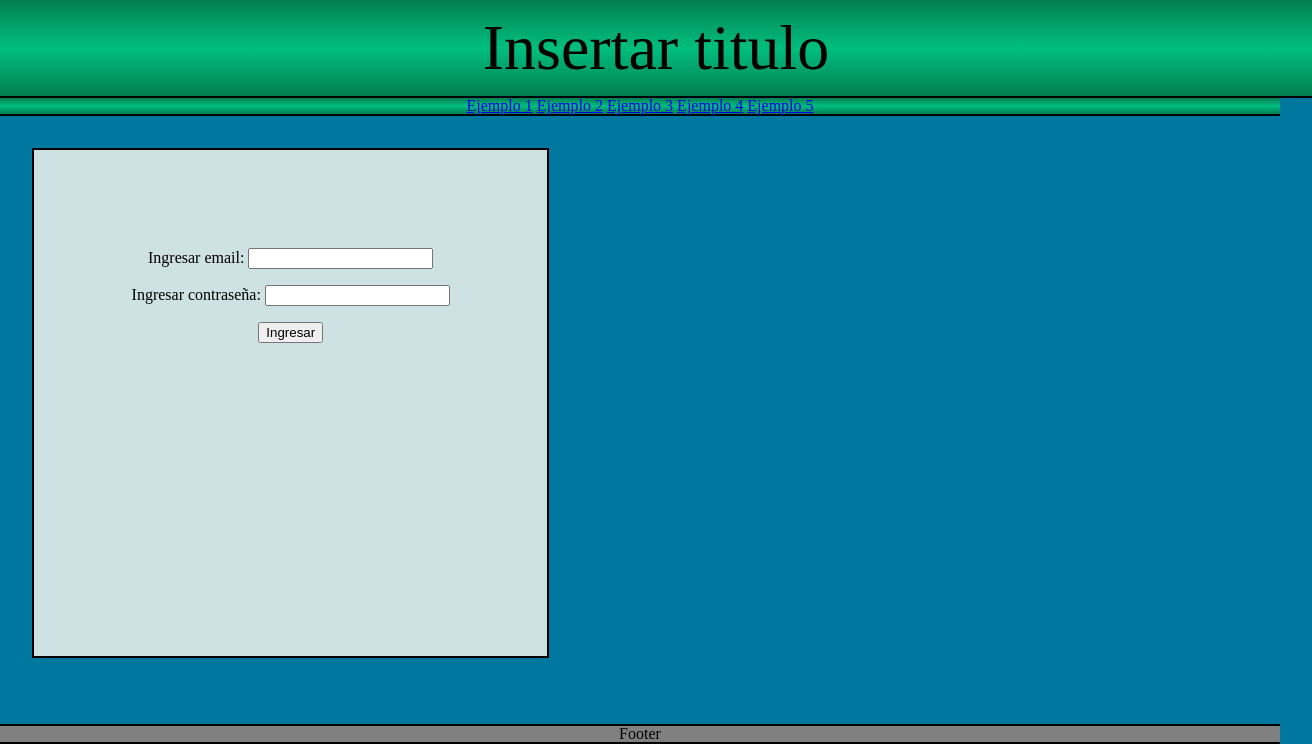
Repository: FacundoKinderknecht/Parcial-2-LPPA
Page: login/login.html
These files come from the project's save history. The page is drawn as it stood at one moment and after the next save; the edit follows.
The browser window is 1280 px wide. The page is 1312 px wide, so the pictures cover 1312 px, including what lies to the right of the window. The pictures show the whole page.

Above is the page before, as saved 2022-07-06 10:32:21.

After the next save:
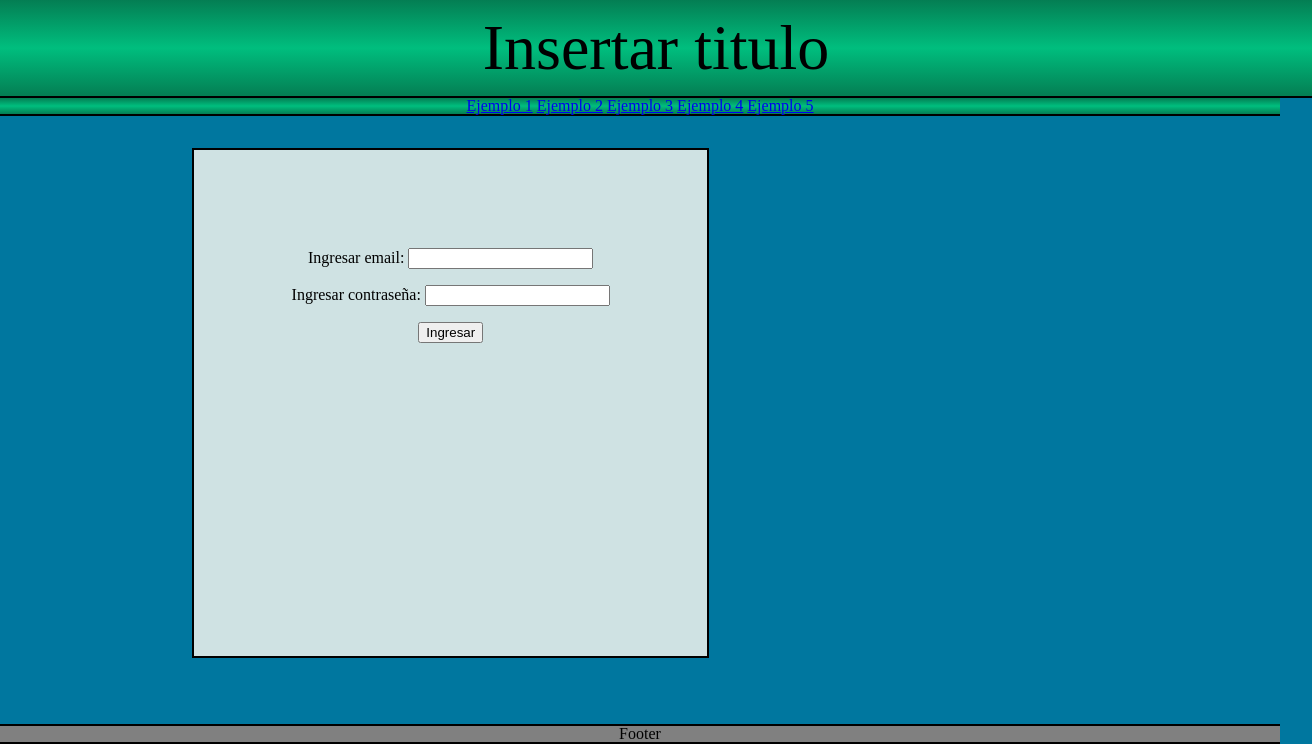
Saved 19 s later.
--- a/login/login.css
+++ b/login/login.css
@@ -24,7 +24,7 @@ body{
     margin: 0;
 }
 main{
-    display: flex;
+    display: inline-flex;
     width: 70%;
     padding: 2rem;
     height: 34rem;
